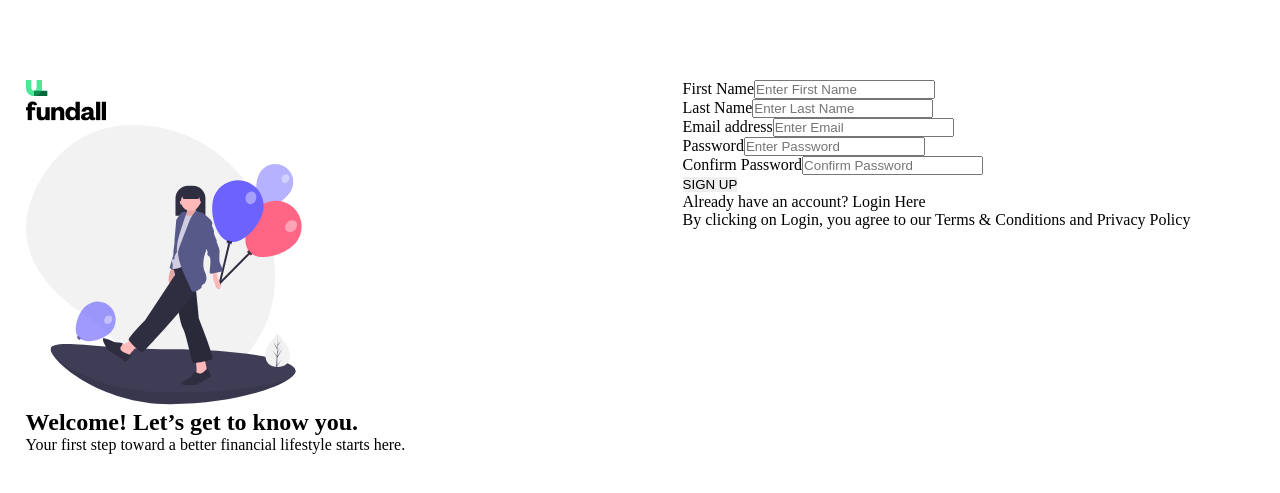
Repository: nilesjamex/niffty
Page: /signup
The author's editor kept a copy of each file at every save. The page is drawn from the files as they stood at one save, then again after the next save.
The browser window is 1280 px wide. The pictures show the whole page.
The project was rebuilt for these pictures with package versions that can differ from the ones it lists, and the page was loaded fresh each time. Also part of the build but not shown: src/components/Nav.vue, src/views/Home.vue.

Above is the page before, as saved 2022-04-16 18:15:37.

After the next save:
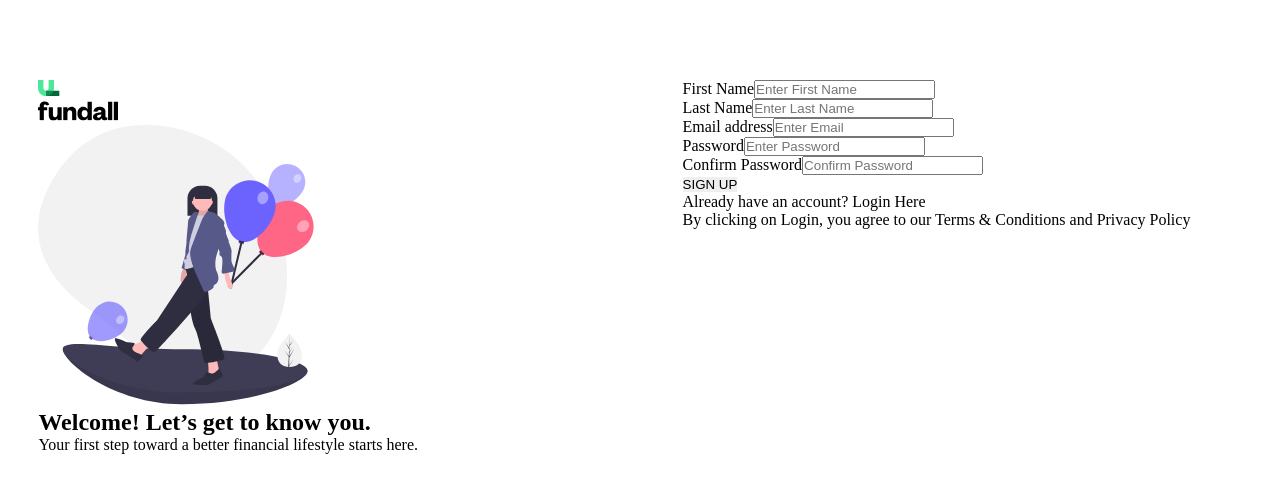
Saved 18 s later.
--- a/src/views/SignUp.vue
+++ b/src/views/SignUp.vue
@@ -76,7 +76,7 @@ export default {
 @import '@/styles/_variables.scss';
 @import '@/styles/_typography.scss';
 .signup {
-    padding: 5rem 7% 5rem 2%;
+    padding: 5rem 7% 5rem 3%;
 }
 .signup--box {
     @include flex(space-between,);
